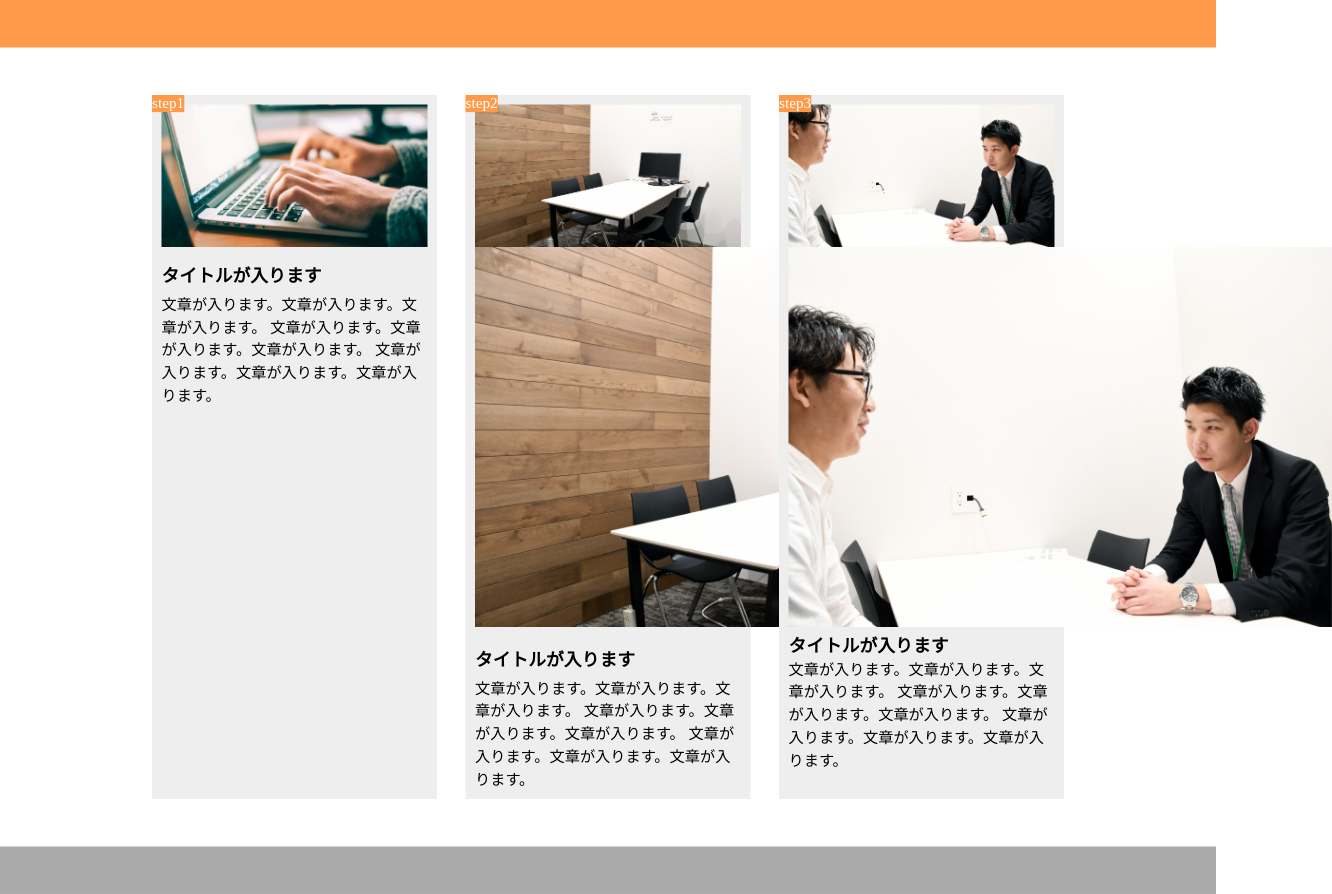
Repository: eyaonu/application2
Page: chapter9/answer9.html
The author's editor kept a record of every edit. The page is drawn from the files as they stood at one moment, then again after the next edit.
The browser window is 1280 px wide. The page is 1402 px wide, so the pictures cover 1402 px, including what lies to the right of the window. The pictures show the whole page, at 95% of full size.

Above is the page before.

After the next edit:
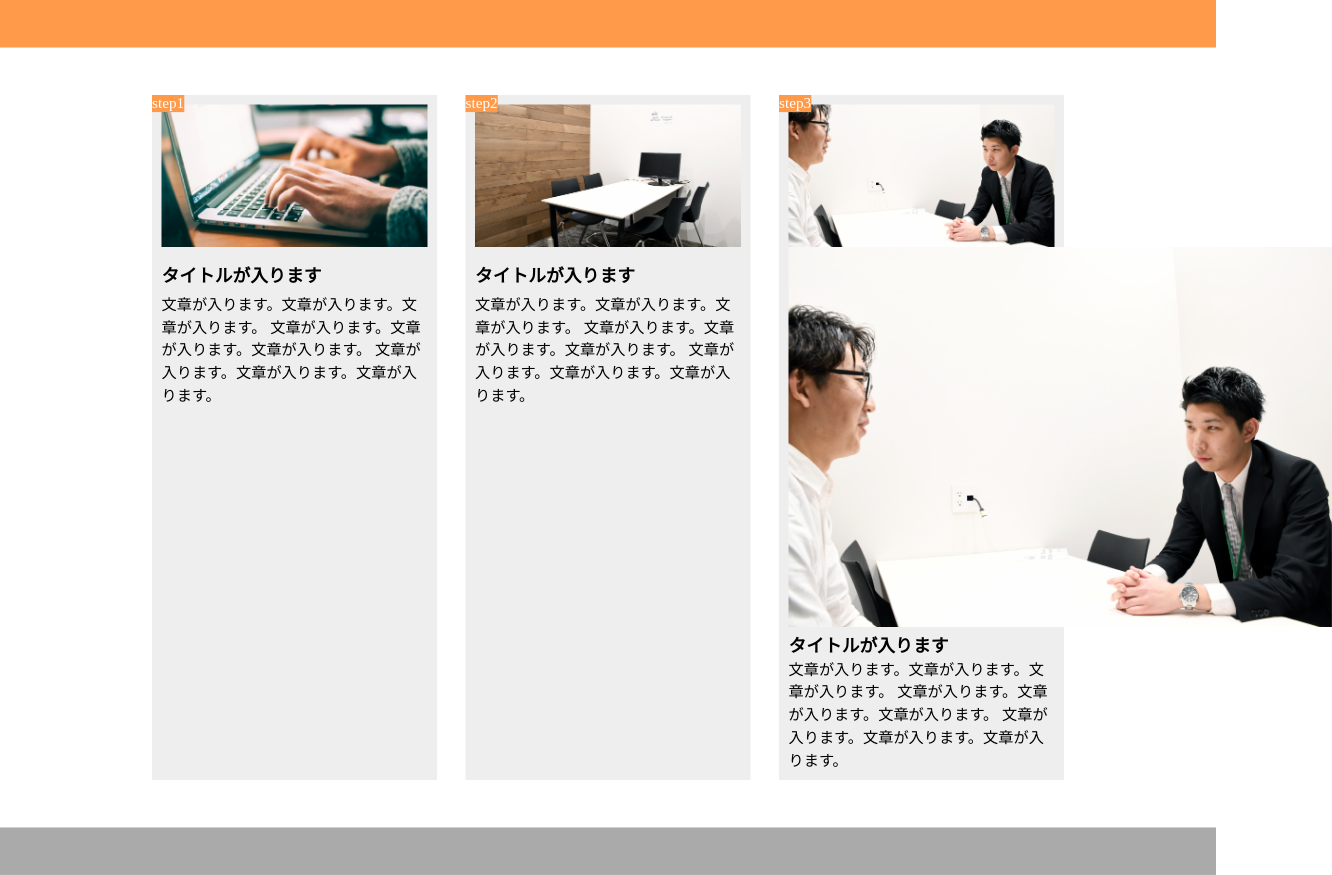
The edit:
--- a/chapter9/answer9.html
+++ b/chapter9/answer9.html
@@ -25,7 +25,6 @@
 
         <div class="step-box">
           <div class="step-img2"></div>
-          <img class="img" src="img/flow02.png" />
           <span class="step-num">step2</span>
           <h3 class="title">タイトルが入ります</h3>
           <p class="text">
